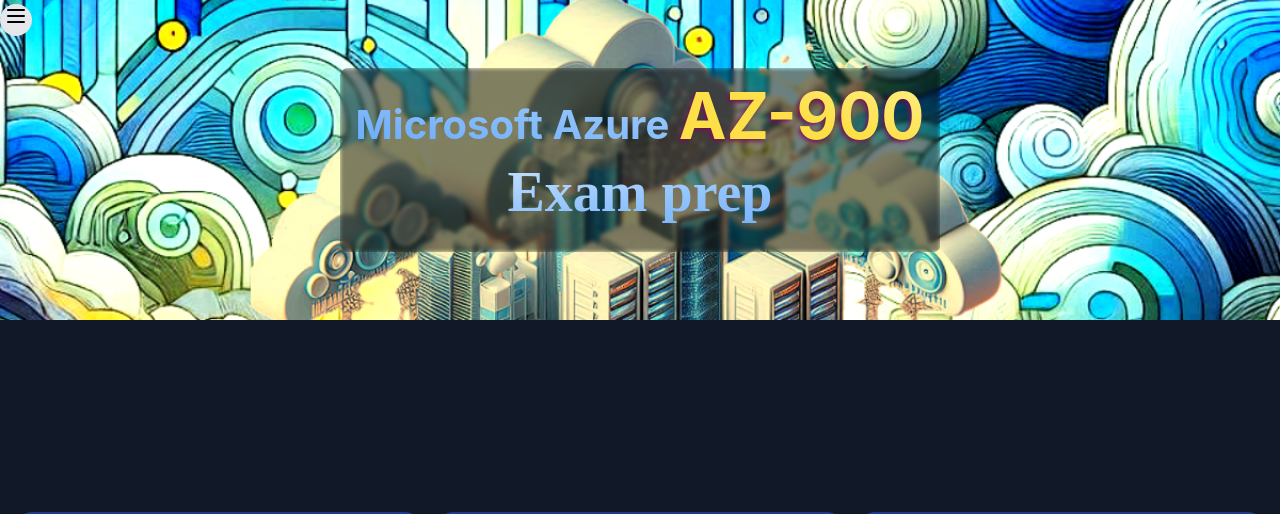
Repository: Freezler/az-900_svelte5
Page: /
The author's editor kept a copy of each file at every save. The page is drawn from the files as they stood at one save, then again after the next save.
The browser window is 1280 px wide. The pictures show the part of the page from y = 0 to 514 px (the page is 1870 px tall).
Pictures or frames that could not be fetched are drawn as grey boxes. The project was rebuilt for these pictures with package versions that can differ from the ones it lists, and the page was loaded fresh each time. The framework's server and built-in components were replaced by stand-ins that run in the browser. Also part of the build but not shown: vite.config.ts.

Above is the page before, as saved 2024-11-06 17:28:56.

After the next save:
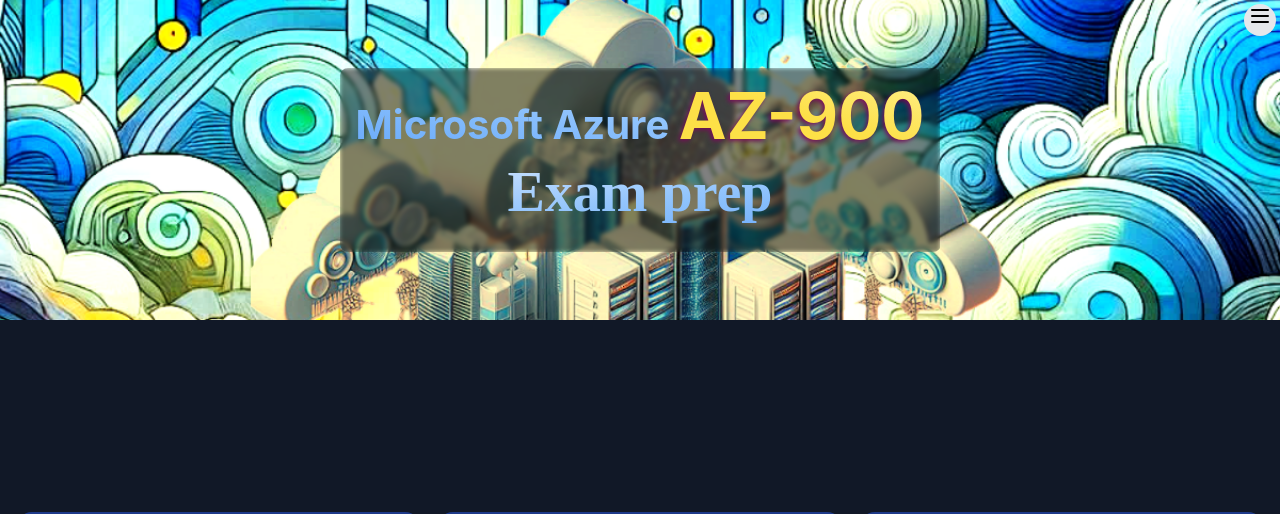
Saved 5 s later.
--- a/src/components/Popover.svelte
+++ b/src/components/Popover.svelte
@@ -3,7 +3,7 @@
 	import { fly } from 'svelte/transition';
 </script>
 
-	<button on:click={() => showMenu = !showMenu} class="flex absolute top-1 right-1items-center justify-center w-8 h-8 bg-gray-200 rounded-full">
+	<button on:click={() => showMenu = !showMenu} class="flex absolute top-1 right-1 visibleitems-center justify-center w-8 h-8 bg-gray-200 rounded-full">
 		<svg xmlns="http://www.w3.org/2000/svg" class="h-6 w-6" fill="none" viewBox="0 0 24 24" stroke="currentColor">
 			{#if showMenu}
 				<path stroke-linecap="round" stroke-linejoin="round" stroke-width="2" d="M6 18L18 6M6 6l12 12" />
